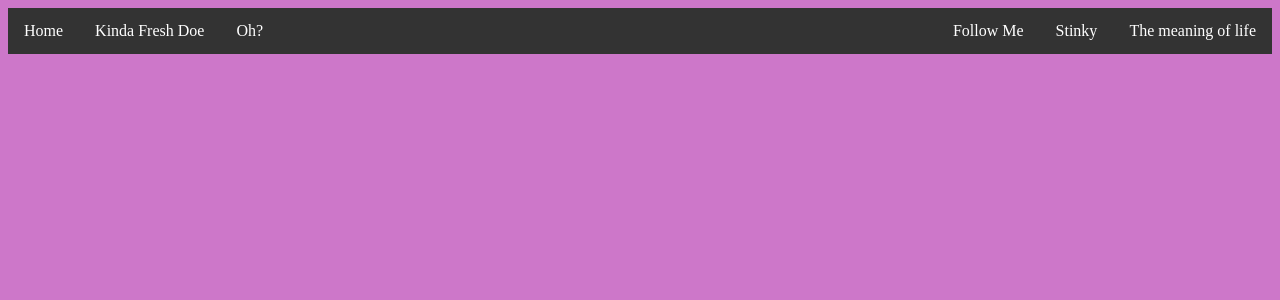
Repository: skytang69/skytang69.github.io
Page: um.html
The author's editor kept a record of every edit. The page is drawn from the files as they stood at one moment, then again after the next edit.
The browser window is 1280 px wide. The pictures show the whole page.

Above is the page before.

After the next edit:
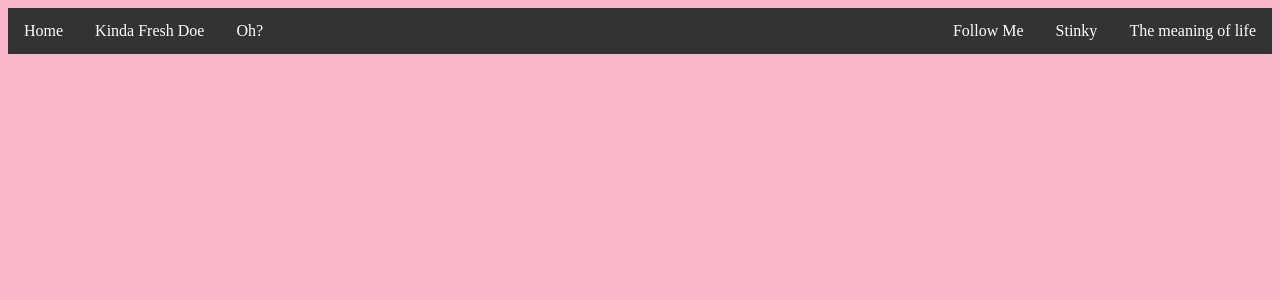
The edit:
--- a/um.html
+++ b/um.html
@@ -5,7 +5,7 @@
             body{
                 text-align: center;
                 font-family: Comic Sans MS;
-                background-color: #cd77c9;
+                background-color: #F9B5CA;
                 color: #5e5b59;
             }
 
